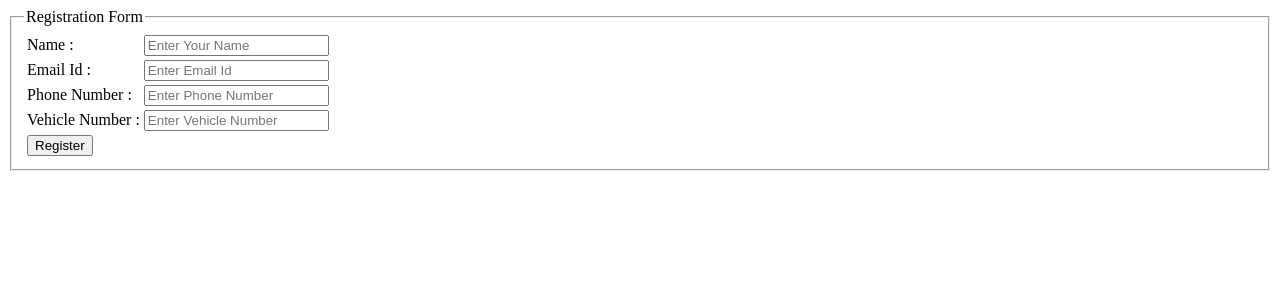
Repository: IshaanIJK/CdacProject
Page: eclipse-parking_mgmt/ParkingManagement/src/main/resources/static/index.html
An editor plug-in stored every save of this project. The page is shown before and after the next save, followed by the edit.
The browser window is 1280 px wide. The pictures show the whole page.

Above is the page before, as saved 2023-02-24 10:25:17.

### eclipse-parking_mgmt/ParkingManagement/src/main/resources/static/index.html
<!DOCTYPE html>
<html lang="en">

<head>
    <meta charset="UTF-8">
    <meta http-equiv="X-UA-Compatible" content="IE=edge">
    <meta name="viewport" content="width=device-width, initial-scale=1.0">
    <title>Parking Management System</title>
</head>

<body>
    <fieldset>
        <legend>Registration Form</legend>
        <form action="home.html" method="post">
            <table>
                <tr>
                    <td>
                        Name :
                    </td>
                    <td>
                        <input type="text" required placeholder="Enter Your Name" name="Name">
                    </td>
                </tr>

                <tr>
                    <td>
                        Email Id :
                    </td>
                    <td>
                        <input type="email" required placeholder="Enter Email Id" name="EmailId">
                    </td>
                </tr>

                <tr>
                    <td>
                        Phone Number :
                    </td>
                    <td>
                        <input type="text" required placeholder="Enter Phone Number" pattern="[0-9]{10}" maxlength="10"
                            title="Please enter a valid Phone Number" name="MobileNo">
                    </td>
                </tr>

                <tr>
                    <td>
                        Vehicle Number :
                    </td>
                    <td>
                        <input type="text" required placeholder="Enter Vehicle Number" pattern="[A-Z]{2}[0-9]{2}[A-Z]{2}[0-9]{4}" maxlength="10"
                        title="Please Enter a valid Vehicle Number" name="vehicleno">
                    </td>
                </tr>

                <tr>
                    <td>
                        <input type="submit" value="Register">
                    </td>
                </tr>
            </table>
        </form>
    </fieldset>

</body>

</html>

After the next save:
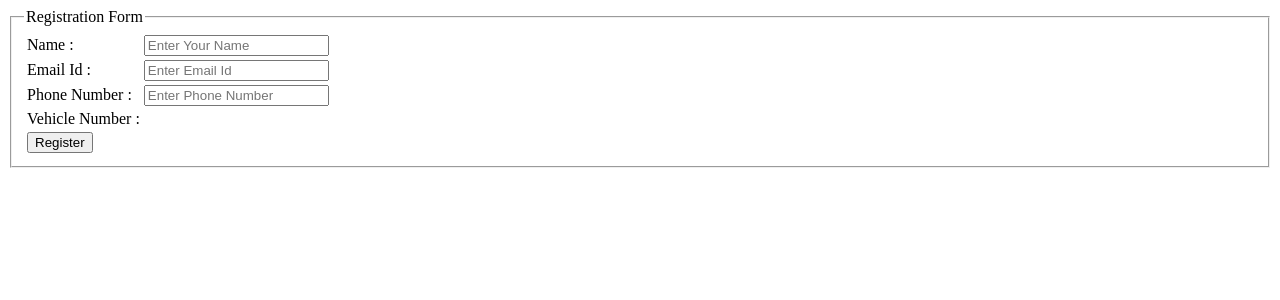
Saved 16 s later.
--- a/eclipse-parking_mgmt/ParkingManagement/src/main/resources/static/index.html
+++ b/eclipse-parking_mgmt/ParkingManagement/src/main/resources/static/index.html
@@ -45,10 +45,10 @@
                     <td>
                         Vehicle Number :
                     </td>
-                    <td>
+                    <!-- <td>
                         <input type="text" required placeholder="Enter Vehicle Number" pattern="[A-Z]{2}[0-9]{2}[A-Z]{2}[0-9]{4}" maxlength="10"
                         title="Please Enter a valid Vehicle Number" name="vehicleno">
-                    </td>
+                    </td> -->
                 </tr>
 
                 <tr>
